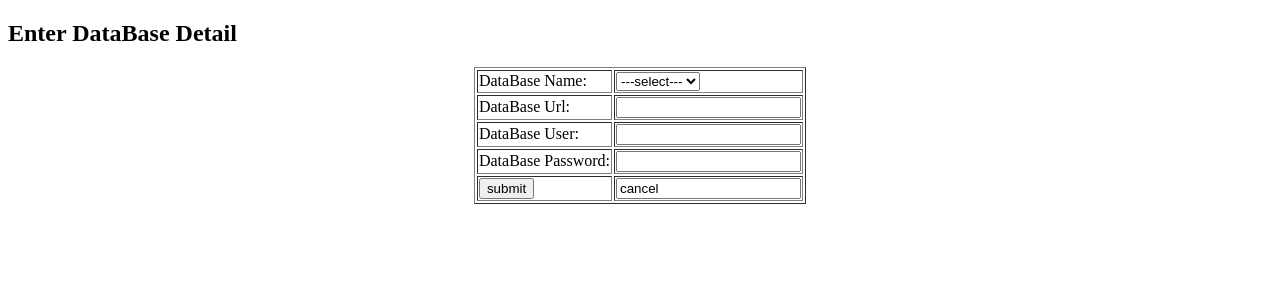
Repository: manish1905/MetaData_Details
Page: http://localhost/MetaData_Details/dbDetails
An editor plug-in stored every save of this project. The page is shown before and after the next save, followed by the edit.
The browser window is 1280 px wide. The pictures show the whole page.
The page is served by Tomcat 9.

Above is the page before, as saved 2018-12-21 09:02:23.

After the next save:
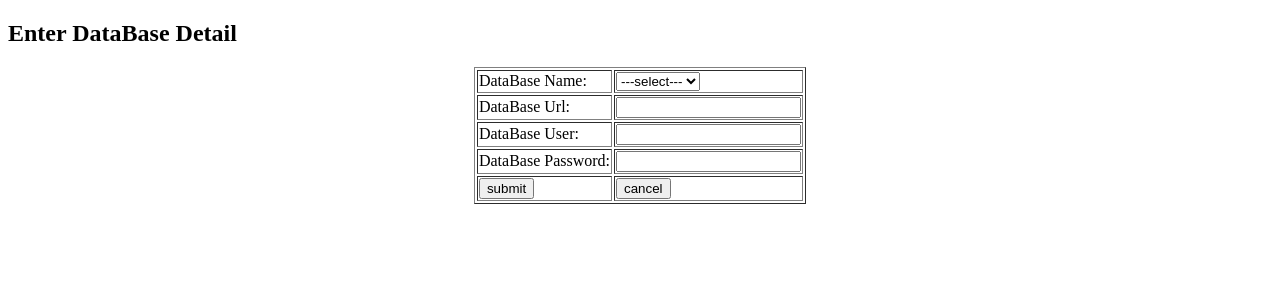
Saved 25 s later.
--- a/MetaData_Details/web/WEB-INF/jsps/dbDetail.jsp
+++ b/MetaData_Details/web/WEB-INF/jsps/dbDetail.jsp
@@ -36,7 +36,7 @@
 	</tr>
 	<tr>
 	<td><input type="submit" value="submit"/></td>
-	<td><input type="cancel" value="cancel"/></td>
+	<td><input type="submit" value="cancel"/></td>
 	</tr>
 	</table>
 
